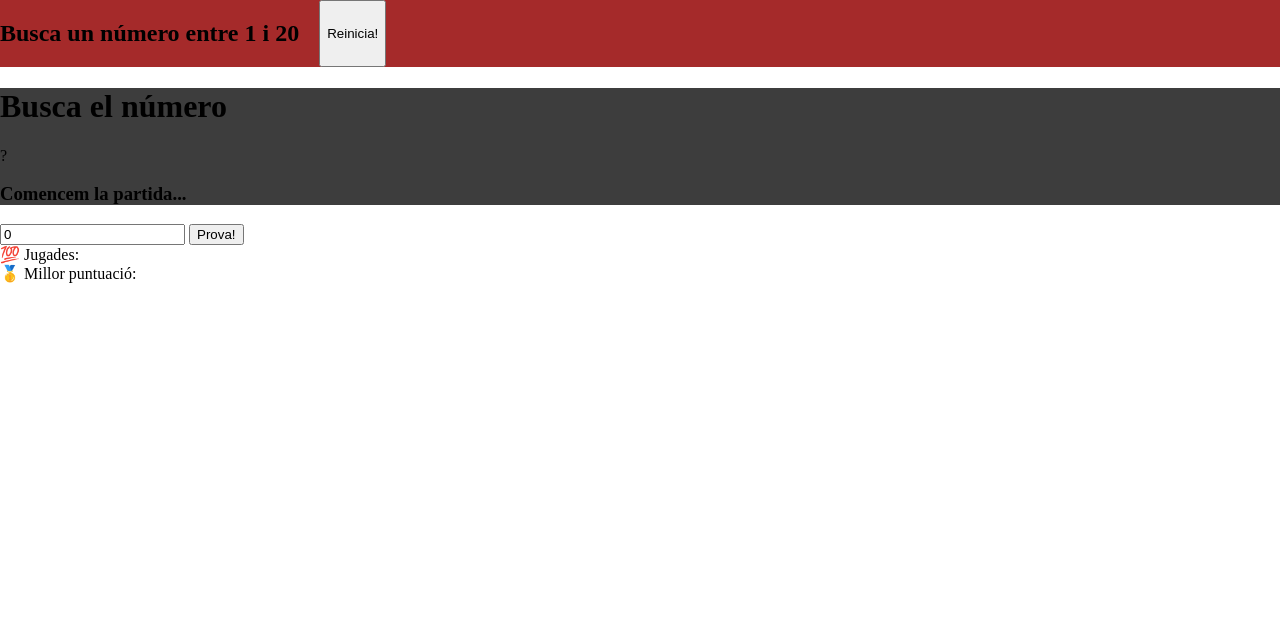
Repository: rdalmau23/M06_01
Page: index.html
An editor plug-in stored every save of this project. The page is shown before and after the next save, followed by the edit.
The browser window is 1280 px wide. The pictures show the whole page.

Above is the page before, as saved 2024-10-11 11:18:54.

### index.html
<!DOCTYPE html>
<html lang="en">
<head>
    <meta charset="UTF-8">
    <meta name="viewport" content="width=device-width, initial-scale=1.0">
    <title>Endivina el número</title>
    <link rel="stylesheet" href="style.css">
    <script src="script.js"></script>
</head>
<body>
    <header>
        <h2>Busca un número entre 1 i 20</h2>
        <button id="reset">Reinicia!</button>
    </header>
    <main>
        <h1>Busca el número</h1>
        <div id="display-num">?</div>
        <h3>Comencem la partida...</h3>
    </main>
    <footer>
        <input type="number" value="0">
        <button id="play">Prova!</button>
        <div id="display-jugades">💯 Jugades: </div>
        <div id="display-result">🥇 Millor puntuació: </div>
    </footer>
</body>
</html>

### style.css
body{
    margin: 0;
    padding: 0;
    box-sizing: border-box;
}
header{
    background-color: brown;
    display: flex;
    gap: 20px;
    height: 20%;
}
main{
    background-color: rgb(61, 61, 61);
    height: 50%;
}

Loaded but not shown: script.js (no copy from this time; the picture is the same without it)

After the next save:
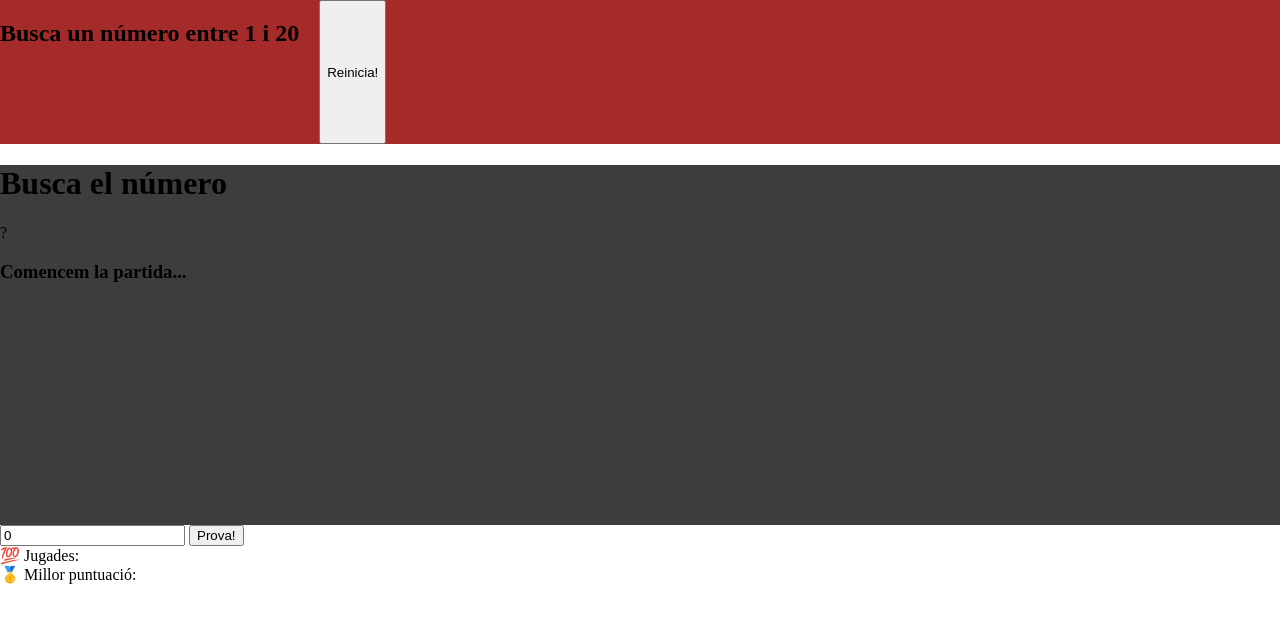
Saved 22 s later.
--- a/style.css
+++ b/style.css
@@ -2,6 +2,9 @@ body{
     margin: 0;
     padding: 0;
     box-sizing: border-box;
+}
+body, html{
+    height: 100%;
 }
 header{
     background-color: brown;
